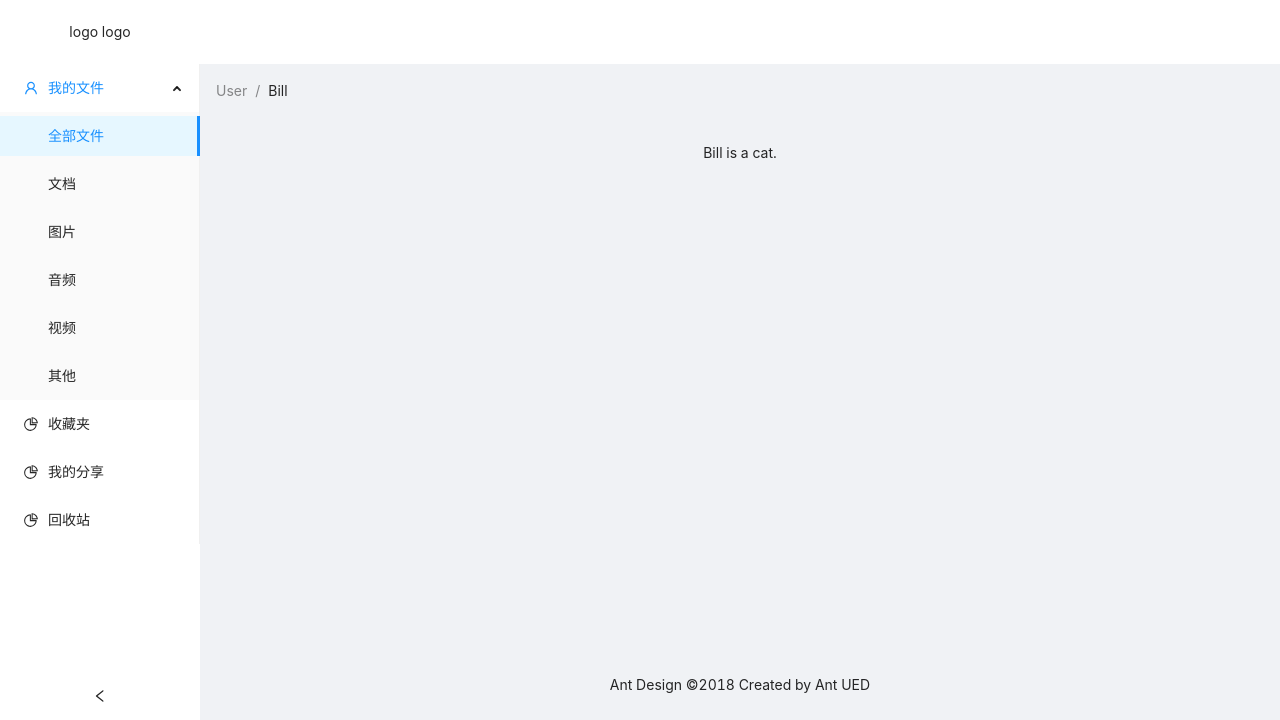
Repository: xstnet/starfire-cloud-fe
Page: /
The author's editor kept a copy of each file at every save. The page is drawn from the files as they stood at one save, then again after the next save.
The browser window is 1280 px wide. The pictures show the whole page.
The project was rebuilt for these pictures with package versions that can differ from the ones it lists, and the page was loaded fresh each time.

Above is the page before, as saved 2021-09-12 16:58:24.

### src/index.js
import React from 'react';
import ReactDOM from 'react-dom';
import './index.css';
import App from './App';
import reportWebVitals from './reportWebVitals';

// ReactDOM.render(
//   <React.StrictMode>
//     <App />
//   </React.StrictMode>,
//   document.getElementById('root')
// );

ReactDOM.render(
  <App />,
  document.getElementById('root')
);

// If you want to start measuring performance in your app, pass a function
// to log results (for example: reportWebVitals(console.log))
// or send to an analytics endpoint. Learn more: https://bit.ly/CRA-vitals
reportWebVitals();

### src/App.js
import React from 'react';
// import { Button } from 'antd';
import './App.css';
import MainLayout from './page/layout/main'

const App = () => (
  <div className="App">
    <MainLayout></MainLayout>
  </div>
);

export default App;

### src/page/layout/main.jsx
import React from 'react';
import { Layout, Menu, Breadcrumb } from 'antd';
import {
  PieChartOutlined,
  UserOutlined,
} from '@ant-design/icons';
import './main.css';

const { Header, Content, Footer, Sider } = Layout;
const { SubMenu } = Menu;

class MainLayout extends React.Component {
  state = {
    collapsed: false,
  };

  onCollapse = collapsed => {
    console.log(collapsed);
    this.setState({ collapsed });
  };

  render() {
    const { collapsed } = this.state;
    return (
      <Layout style={{ minHeight: '100vh' }}>
        <Sider theme="light" collapsible collapsed={collapsed} onCollapse={this.onCollapse}>
          <div className="logo">
              logo logo
          </div>
          <Menu defaultSelectedKeys={['all']} defaultOpenKeys={["my-file"]} mode="inline">
            <SubMenu key="my-file" icon={<UserOutlined />} title="我的文件">
              <Menu.Item key="all">全部文件</Menu.Item>
              <Menu.Item key="doc">文档</Menu.Item>
              <Menu.Item key="imgage">图片</Menu.Item>
              <Menu.Item key="audio">音频</Menu.Item>
              <Menu.Item key="video">视频</Menu.Item>
              <Menu.Item key="other">其他</Menu.Item>
            </SubMenu>
            <Menu.Item key="favorite" icon={<PieChartOutlined />}>
              收藏夹
            </Menu.Item>
            <Menu.Item key="share" icon={<PieChartOutlined />}>
              我的分享
            </Menu.Item>
            <Menu.Item key="recycle" icon={<PieChartOutlined />}>
              回收站
            </Menu.Item>
          </Menu>
        </Sider>
        <Layout className="site-layout">
          <Header className="header"/>
          <Content style={{ margin: '0 16px' }}>
            <Breadcrumb style={{ margin: '16px 0' }}>
              <Breadcrumb.Item>User</Breadcrumb.Item>
              <Breadcrumb.Item>Bill</Breadcrumb.Item>
            </Breadcrumb>
            <div className="site-layout-background" style={{ padding: 24, minHeight: 360 }}>
              Bill is a cat.
            </div>
          </Content>
          <Footer style={{ textAlign: 'center' }}>Ant Design ©2018 Created by Ant UED</Footer>
        </Layout>
      </Layout>
    );
  }
}

export default MainLayout;

### src/page/layout/main.css
 .logo {
    height: 64px;
    line-height: 64px;
    text-align: center;
  }

  .header {
    background: #fff;
    padding: 0;
  }

Loaded but not shown: public/index.html (common file); src/index.css (common file); src/reportWebVitals.js (common file); src/App.css (common file)

After the next save:
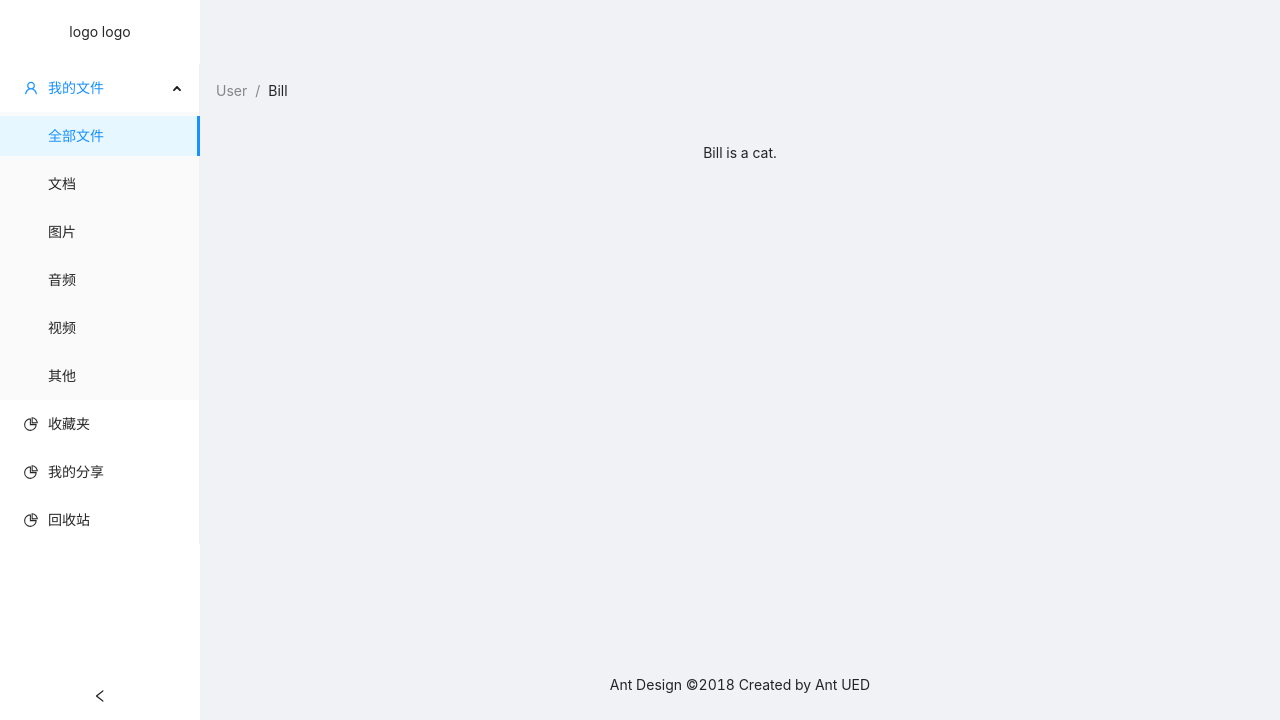
Saved 112 s later.
--- a/src/page/layout/main.css
+++ b/src/page/layout/main.css
@@ -5,6 +5,6 @@
   }
 
   .header {
-    background: #fff;
+    background: #f0f2f5;
     padding: 0;
   }
